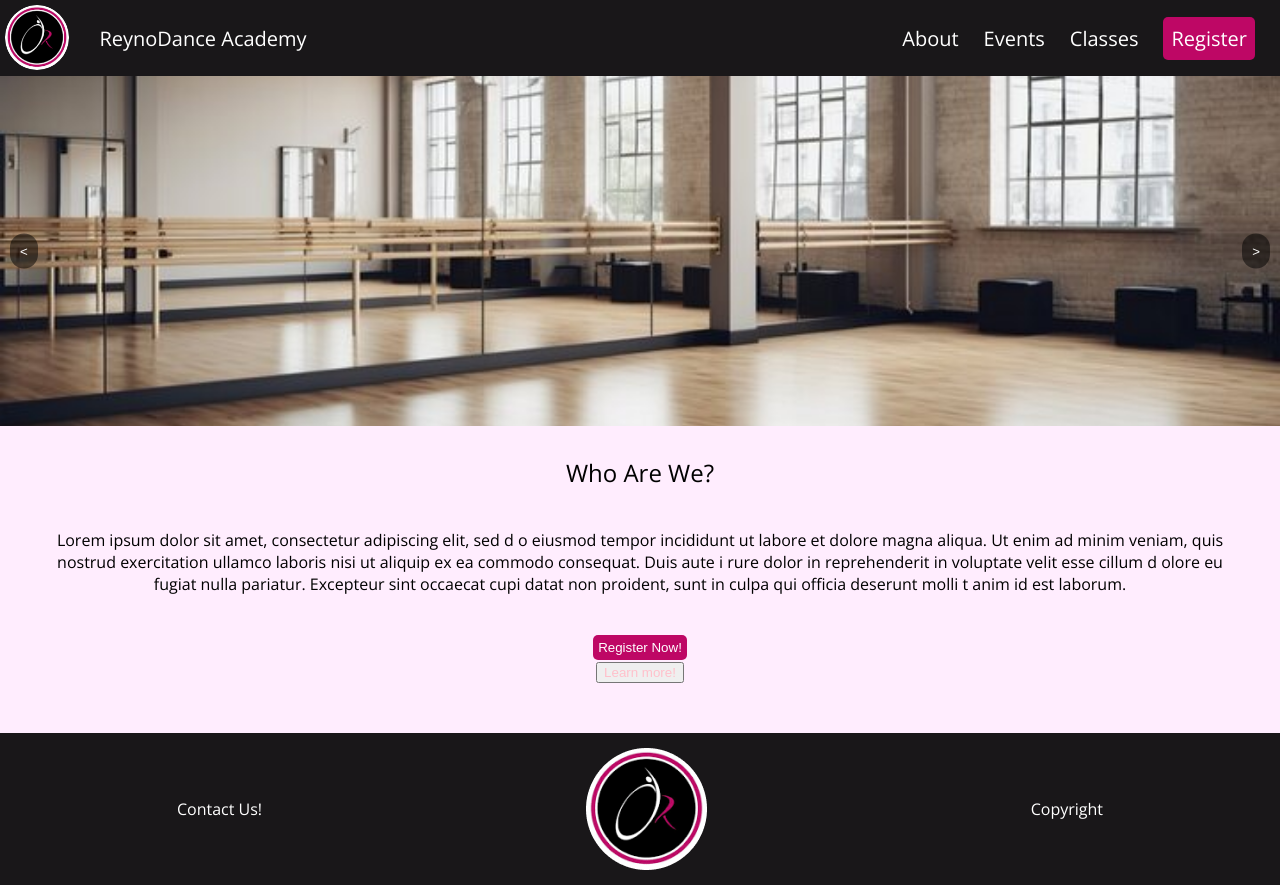
Repository: andreaelpz/reynodance-academy
Page: /
An editor plug-in stored every save of this project. The page is shown before and after the next save, followed by the edit.
The browser window is 1280 px wide. The pictures show the whole page.
The project was rebuilt for these pictures with package versions that can differ from the ones it lists, and the page was loaded fresh each time. Also part of the build but not shown: angular.json, src/app/about/about.component.ts, src/app/classes/classes.component.ts, src/app/events/events.component.ts, src/app/user/sign-in/sign-in.component.ts, src/app/dashboard/dashboard.component.ts, src/app/user/register/register.component.ts, src/app/login/login.component.ts.

Above is the page before, as saved 2024-11-19 23:11:46.

### src/index.html
<!doctype html>
<html lang="en">
<head>
  <meta charset="utf-8">
  <title>ReynodanceAcademy</title>
  <base href="/">
  <meta name="viewport" content="width=device-width, initial-scale=1">
  <link rel="icon" type="image/x-icon" href="/assets/images/logo.png">
</head>
<body>
  <app-root></app-root>
</body>
</html>

### src/styles.css
/* You can add global styles to this file, and also import other style files */
@import url('https://fonts.googleapis.com/css2?family=Open+Sans:wght@300;400;500;600;700;800&display=swap');

:root {
  --black: rgb(0,0,0,.9);
  --lightPink: #FFEDFE;
  --hotPink: #BE0765;
}

body {
  margin: 0;
  background: var(--lightPink);
  font-family: 'Open Sans', sans-serif;
  font-weight: 300;
  color: white;
}

### src/app/app.module.ts
import { NgModule } from '@angular/core';
import { BrowserModule } from '@angular/platform-browser';
import { FormsModule } from '@angular/forms';
import { AppRoutingModule } from './app-routing.module';

import { AppComponent } from './app.component';
import { NavbarComponent } from './navbar/navbar.component';
import { AboutComponent } from './about/about.component';
import { ClassesComponent } from './classes/classes.component';
import { EventsComponent } from './events/events.component';
import { RegisterComponent } from './user/register/register.component';
import { LoginComponent } from './login/login.component';
import { SignInComponent } from './user/sign-in/sign-in.component';
import { DashboardComponent } from './dashboard/dashboard.component';
import { HomeComponent } from './home/home.component';
import { FooterComponent } from './footer/footer.component';

@NgModule({
  declarations: [
    AppComponent,
    NavbarComponent,
    AboutComponent,
    ClassesComponent,
    EventsComponent,
    RegisterComponent,
    LoginComponent,
    SignInComponent,
    DashboardComponent,
    HomeComponent,
    FooterComponent
  ],
  imports: [
    BrowserModule,
    AppRoutingModule,
    FormsModule
  ],
  providers: [],
  bootstrap: [AppComponent]
})
export class AppModule { }

### src/app/app-routing.module.ts
import { NgModule } from '@angular/core';
import { RouterModule, Routes } from '@angular/router';
import { AboutComponent } from './about/about.component';
import { ClassesComponent } from './classes/classes.component';
import { EventsComponent } from './events/events.component';
import { SignInComponent } from './user/sign-in/sign-in.component';
import { DashboardComponent } from './dashboard/dashboard.component';
import { HomeComponent } from './home/home.component';
import { RegisterComponent } from './user/register/register.component';

const routes: Routes = [
  {path: 'about', component: AboutComponent, title:"About - ReynoDance"},
  {path: 'classes', component: ClassesComponent, title:"Classes - ReynoDance"},
  {path: 'events', component: EventsComponent, title:"Events - ReynoDance"},
  {path: 'register', component: RegisterComponent, title:"Register - ReynoDance"},
  {path: 'sign-in', component: SignInComponent, title:"Sign-In - ReynoDance"},
  {path: 'dashboard', component: DashboardComponent, title:"Dashboard - ReynoDance"},
  {path: '', component: HomeComponent, title:"ReynoDance Academy"}
];

@NgModule({
  imports: [RouterModule.forRoot(routes)],
  exports: [RouterModule]
})
export class AppRoutingModule { }

### src/app/app.component.ts
import { Component } from '@angular/core';

@Component({
  selector: 'app-root',
  templateUrl: './app.component.html',
  styleUrls: ['./app.component.css']
})
export class AppComponent {
  title = 'reynodance-academy';
}

### src/app/home/home.component.ts
import { Component } from '@angular/core';

@Component({
  selector: 'app-home',
  templateUrl: './home.component.html',
  styleUrls: ['./home.component.css']
})
export class HomeComponent {
  images: string[] = ['studio.jpg', 'girls.jpg', 'solo.jpg'];
  currentIndex: number = 0;

  nextPic(): number{
    this.currentIndex++;

    if (this.currentIndex === this.images.length){
      this.currentIndex = 0;
    }

    return this.currentIndex;
  }

  prevPic(): number{
    if (this.currentIndex === 0){
      this.currentIndex = this.images.length - 1;
      return this.currentIndex;
    }

    this.currentIndex--;

    return this.currentIndex;
  }

  getImagePath(): string{
    return `/assets/images/${this.images[this.currentIndex]}`;
  }
}

### src/app/navbar/navbar.component.html
<div class = "container">
  <div class = "left">
    <a href = ""> <img class = "logo" src="/assets/images/logo.png" alt="Logo"/> </a>
    <a href = "">ReynoDance Academy</a>
  </div>
  <div class = "right">
    <a href = "/about">About</a>
    <a href = "/events">Events</a>
    <a href = "/classes">Classes</a>
    <a class = "register" href = "/register">Register</a>
  </div>
</div>

### src/app/navbar/navbar.component.css
.container{
  display: flex;
  justify-content: space-between;
  font-size: 20px;
  background-color: var(--black);
}

.left{
  display: flex;
  align-items: center;
  margin-left: 5px;
}

.left *{
  margin-right: 15px;
}

.logo{
  height: 65px;
  border-radius: 100%;
  margin-top: 5px;
}

.right{
  display: flex;
  align-items: center;
  margin-right: 25px;
}

.right *{
  margin-left: 25px;
}

a{
  text-decoration: none;
  color: white;
}

.register{
  background-color: var(--hotPink);
  padding: 8px;
  border-radius: 5px;
}

.register:hover{
  border-color: 10px solid var(--hotPink);
  background-color: #FFEDFE;
  color: var(--hotPink);
  font-size: 18px;
  font-weight: 400;
  border-color: var(--hotPink)
}

### src/app/home/home.component.html

    <div class = "pictures">
        <button type = "picsButton" (click) = prevPic()><</button>
        <img alt = "ReynoDance" [src]="getImagePath()">
        <button type = "picsButton" (click) = nextPic()>></button>
    </div>
<div class = "container">
    <div class = "intro">
        <div class = "title">Who Are We?</div>
        <div class = "summary">
            Lorem ipsum dolor sit amet, consectetur adipiscing elit, sed d
            o eiusmod tempor incididunt ut labore et dolore magna aliqua.
            Ut enim ad minim veniam, quis nostrud exercitation ullamco
            laboris nisi ut aliquip ex ea commodo consequat. Duis aute i
            rure dolor in reprehenderit in voluptate velit esse cillum d
            olore eu fugiat nulla pariatur. Excepteur sint occaecat cupi
            datat non proident, sunt in culpa qui officia deserunt molli
            t anim id est laborum.
        </div>
    </div>

    <div>
        <button [routerLink] = "['/register']" class = "register">Register Now!</button>
    </div>

    <div>
        <button [routerLink] = "['/about']" class = "learnMore">Learn more!</button>
    </div>

</div>

### src/app/home/home.component.css
.pictures {
  display: flex;
  width: 100%;
  height: 350px;
  flex-direction: row;
  justify-content: space-between;
  overflow: hidden;
  position: relative;
}

img {
  width: 100%;
  height: 100%;
  object-fit: cover; /* crop excess */
}

.pictures button {
  position: absolute;
  top: 50%;
  transform: translateY(-50%);
  background-color: rgba(0, 0, 0, 0.5);
  color: white;
  border: none; /* Remove borders */
  padding: 10px;
  cursor: pointer;
  border-radius: 25px;
}

.pictures button:hover {
  background-color: rgba(0, 0, 0, 0.7);
}

.pictures button:first-of-type {
  left: 10px;
}

.pictures button:last-of-type {
  right: 10px;
}

.container{
  color:black;
  display:flex;
  flex-direction: column;
  justify-content: center;
  align-items: center;
  padding: 30px 50px 50px 50px;
}

.title{
  text-align: center;
  display: flex;
  justify-content: center;
  margin-bottom: 40px;
  font-size: 24px;
  font-weight:400;
}

.summary{
    text-align: center;
    display: flex;
    justify-content: center;
    margin-bottom: 40px;
}

.register{
  background-color: var(--hotPink);
  border: none;
  border-radius: 5px;
  padding: 5px;
  color: white;
}

.learnMore{
  color:pink;
}

### src/app/footer/footer.component.html
<div class = "container">
    <div class = "links">Contact Us!</div>
    <img class = "logo" src="/assets/images/logo.png">
    <div class = "copyright">Copyright</div>
</div>

### src/app/footer/footer.component.css
.container{
    background-color: var(--black);
    display: flex;
    flex-direction: row;
    justify-content: space-around;
    padding: 15px;
    align-items: center;
}

Loaded but not shown: src/main.ts (common file); src/app/navbar/navbar.component.ts (common file); src/app/footer/footer.component.ts (common file); src/app/app.component.html (common file); src/app/app.component.css (no copy from this time; the picture is the same without it)

After the next save:
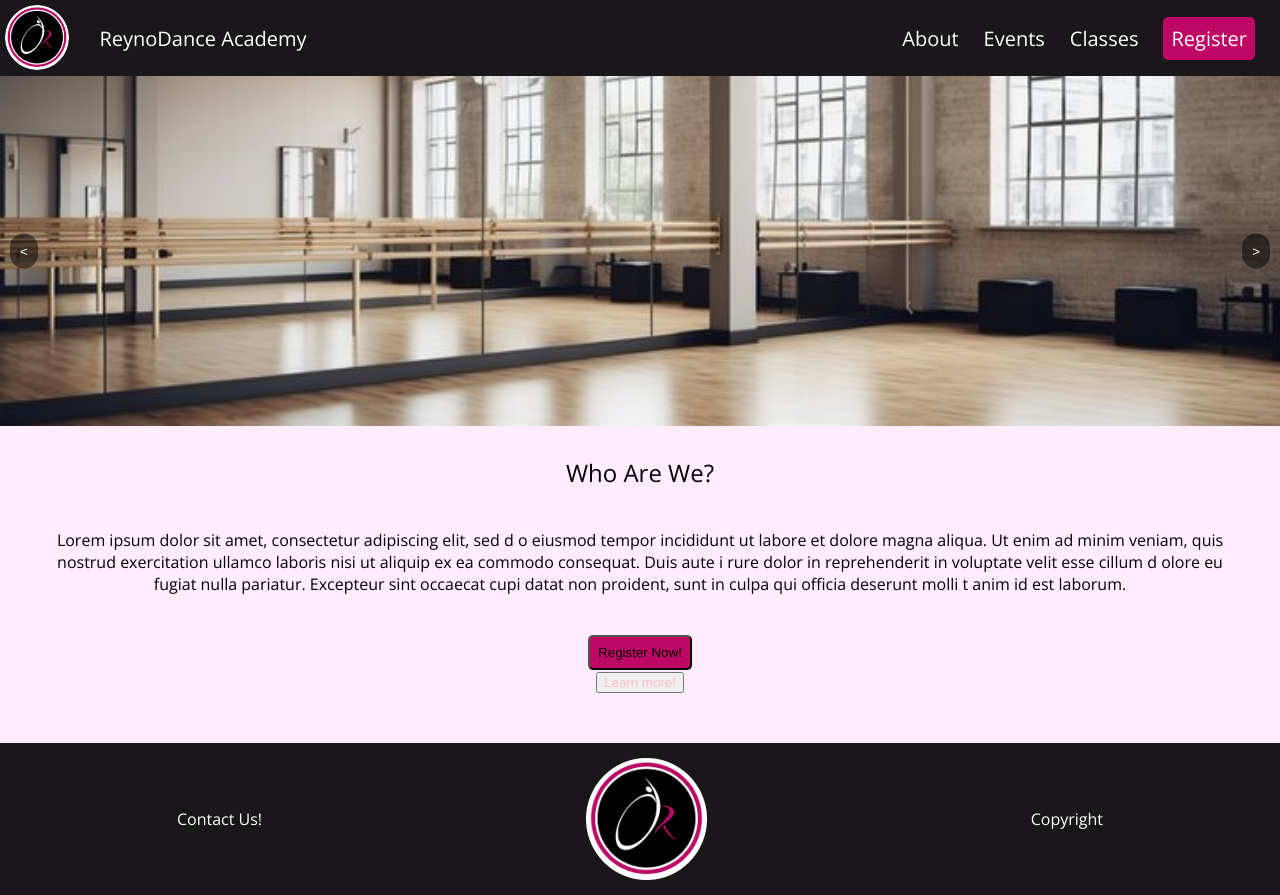
Saved 50 s later.
--- a/src/app/home/home.component.css
+++ b/src/app/home/home.component.css
@@ -65,11 +65,19 @@ img {
 
 .register{
   background-color: var(--hotPink);
-  border: none;
+  padding: 8px;
   border-radius: 5px;
-  padding: 5px;
-  color: white;
 }
+
+.register:hover{
+  border-color: 10px solid var(--hotPink);
+  background-color: #FFEDFE;
+  color: var(--hotPink);
+  font-size: 18px;
+  font-weight: 400;
+  border-color: var(--hotPink)
+}
+
 
 .learnMore{
   color:pink;
